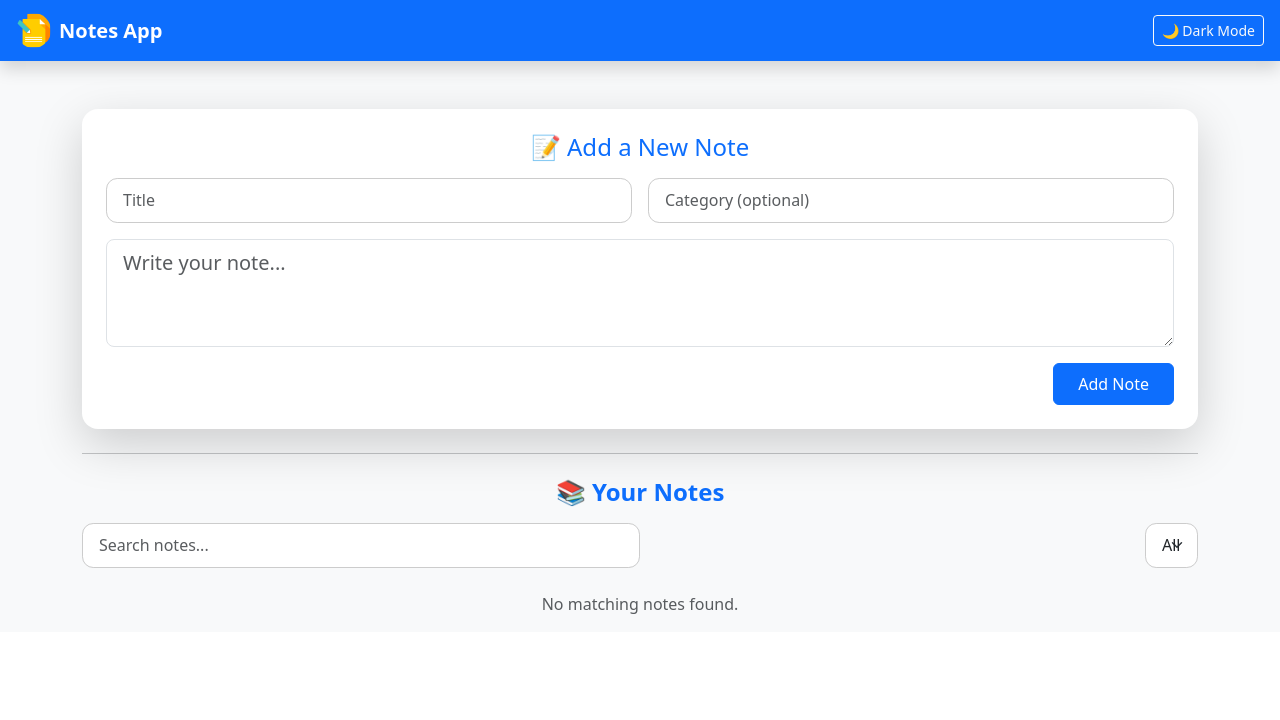
Repository: divakar-saravanan/NotesWeb
Page: / (app in notesapp/)
These files come from the project's save history. The page is drawn as it stood at one moment and after a run of saves; the edit follows.
The browser window is 1280 px wide. The pictures show the whole page.
The project was rebuilt for these pictures with package versions that can differ from the ones it lists, and the page was loaded fresh each time. Also part of the build but not shown: notesapp/vite.config.js, notesapp/src/index.css, notesapp/src/Components/NoteCard.jsx.

Above is the page before, as saved 2025-10-10 11:21:49.

After the next 2 saves:
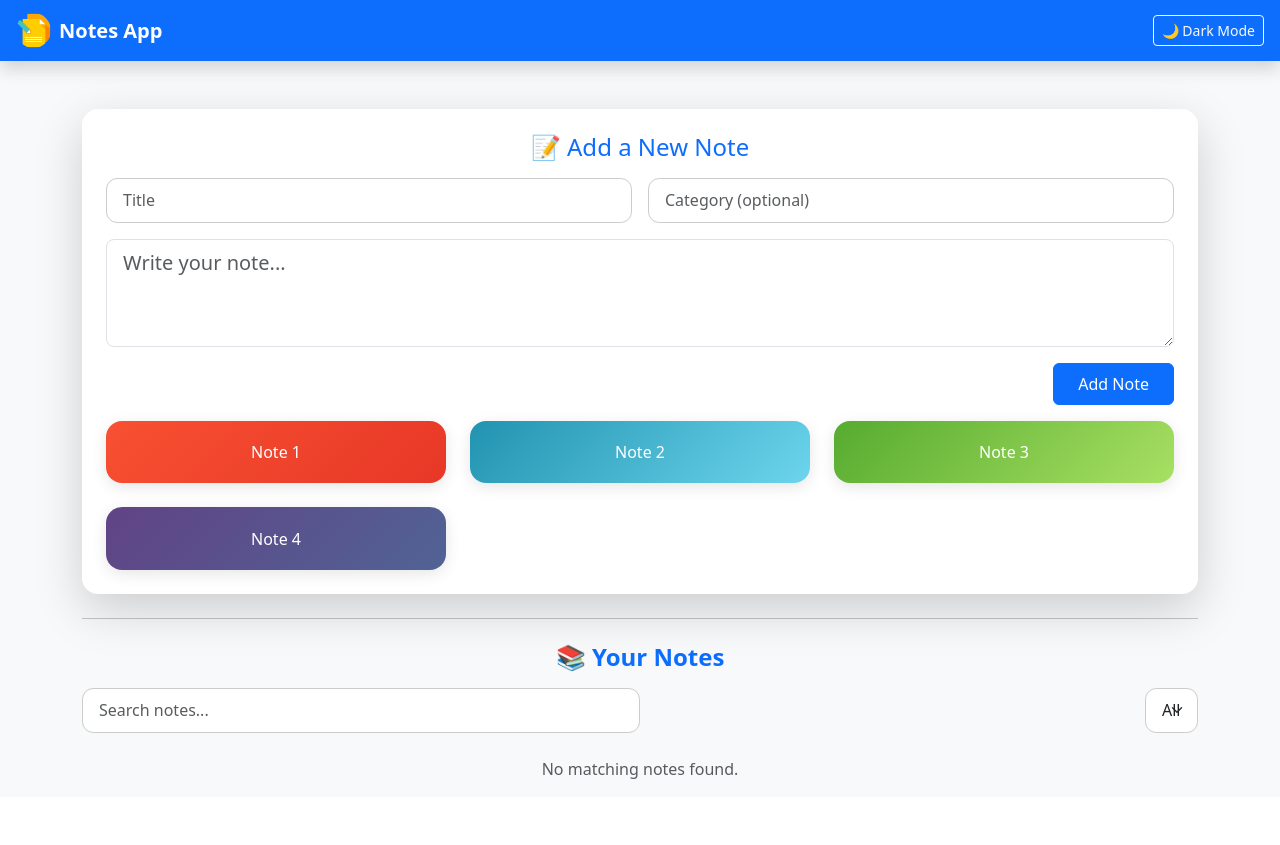
The 2 saves are shown as one change because they came seconds apart.
The last was saved 50 s later.
--- a/notesapp/src/Components/NoteForm.jsx
+++ b/notesapp/src/Components/NoteForm.jsx
@@ -79,6 +79,12 @@ const NoteForm = ({ addNote, editNote }) => {
             {editNote ? "Update Note" : "Add Note"}
           </motion.button>
         </div>
+        <div className="notes-container">
+  <div className="note-card red">Note 1</div>
+  <div className="note-card blue">Note 2</div>
+  <div className="note-card green">Note 3</div>
+  <div className="note-card purple">Note 4</div>
+</div>
       </form>
     </motion.div>
   );
